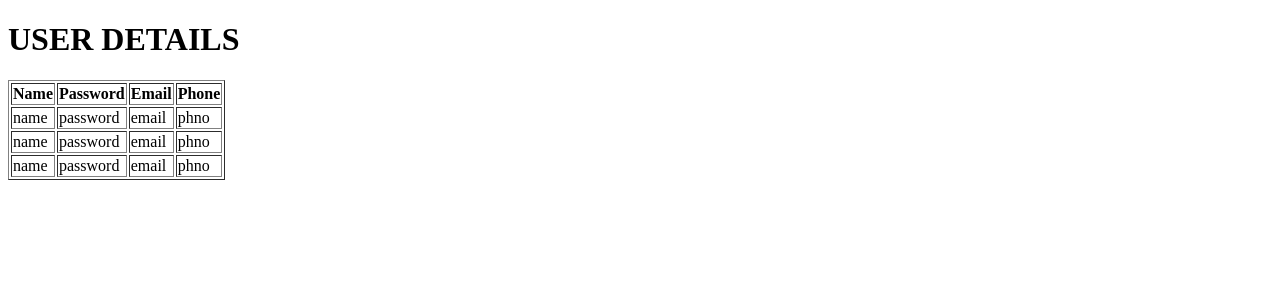
Repository: nikhilbad7/jsp-practicals
Page: http://localhost/classwork/Exp10.jsp
An editor plug-in stored every save of this project. The page is shown before and after the next save, followed by the edit.
The browser window is 1280 px wide. The pictures show the whole page.
The page is served by Tomcat 9. The database holds what the project's SQL file puts in it.

Above is the page before, as saved 2018-04-09 20:00:38.

After the next save:
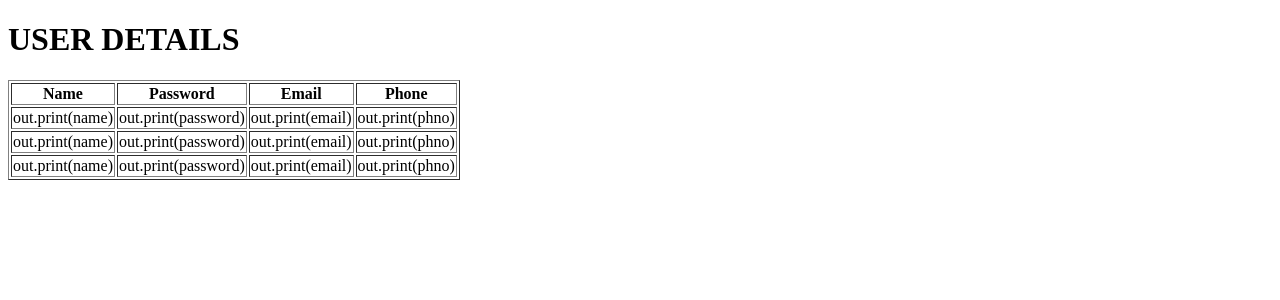
Saved 4 min 37 s later.
--- a/classwork/WebContent/Exp10.jsp
+++ b/classwork/WebContent/Exp10.jsp
@@ -42,10 +42,10 @@ while(rs.next()){
 	String phno = rs.getString("phone");
 	%>
 	<tr>
-		<td>name</td>
-		<td>password</td>
-		<td>email</td>
-		<td>phno</td></tr>
+		<td>out.print(name)</td>
+		<td>out.print(password)</td>
+		<td>out.print(email)</td>
+		<td>out.print(phno)</td></tr>
 		<%
 }
 %>
